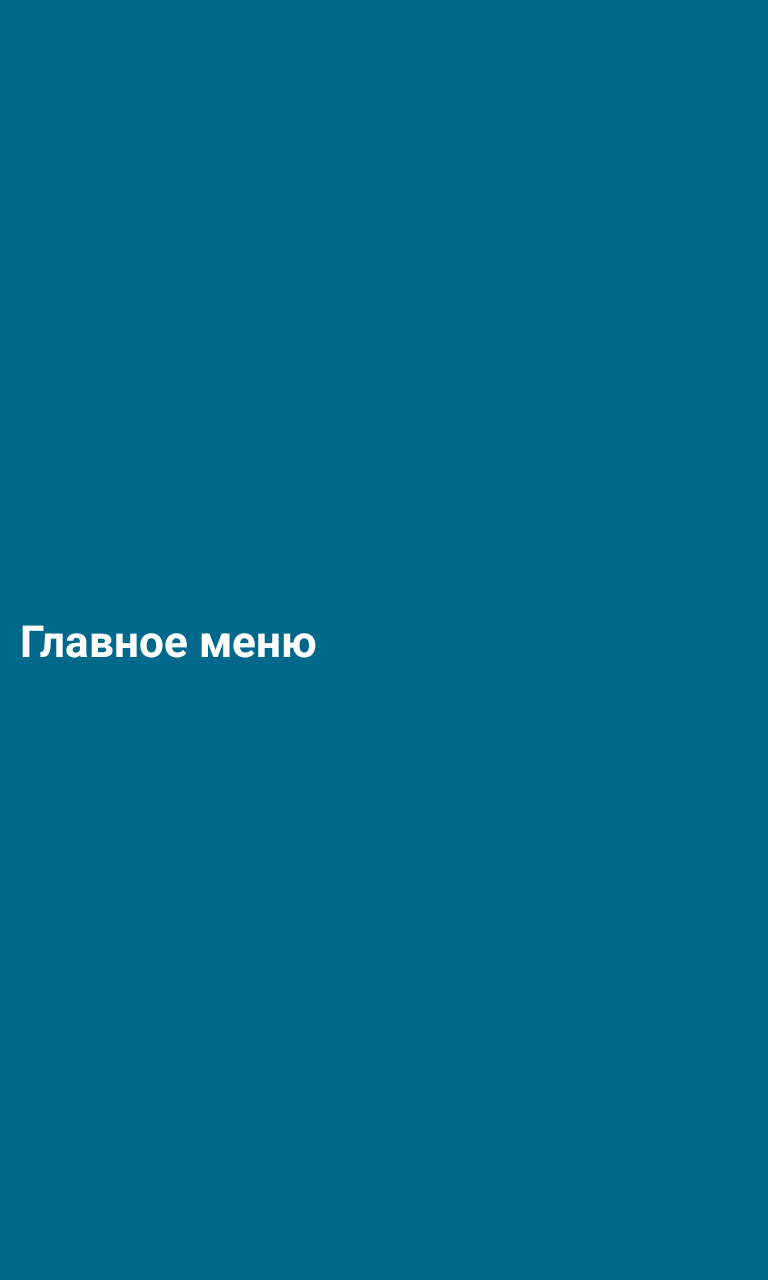
Repository: complexityclass/GosClient
Layout: Client/res/layout/list_header_row_main.xml
These files come from the project's save history. The layout is drawn as it stood at one moment and after a run of saves; the edit follows.
It is drawn on a 768 x 1280 px phone screen (xhdpi) without system bars, with theme android:Theme.Light.NoTitleBar.Fullscreen; the app's code is not run.

Above is the layout before, as saved 2013-03-22 10:58:13.

### Client/res/layout/list_header_row_main.xml
<?xml version="1.0" encoding="utf-8"?>
<LinearLayout xmlns:android="http://schemas.android.com/apk/res/android"
    android:layout_width="fill_parent"
    android:layout_height="fill_parent">


    <TextView
        android:id="@+id/txtHeader"
        android:layout_width="fill_parent"
        android:layout_height="fill_parent"
        android:layout_alignParentBottom="true"
        android:layout_alignParentTop="true"
        android:background="#00688B"
        android:gravity="center_vertical"
        android:padding="10dp"
        android:text="Главное меню"
        android:textColor="#FFFFFF"
        android:textSize="22dp"
        android:textStyle="bold" />

</LinearLayout>

After the next 2 saves:
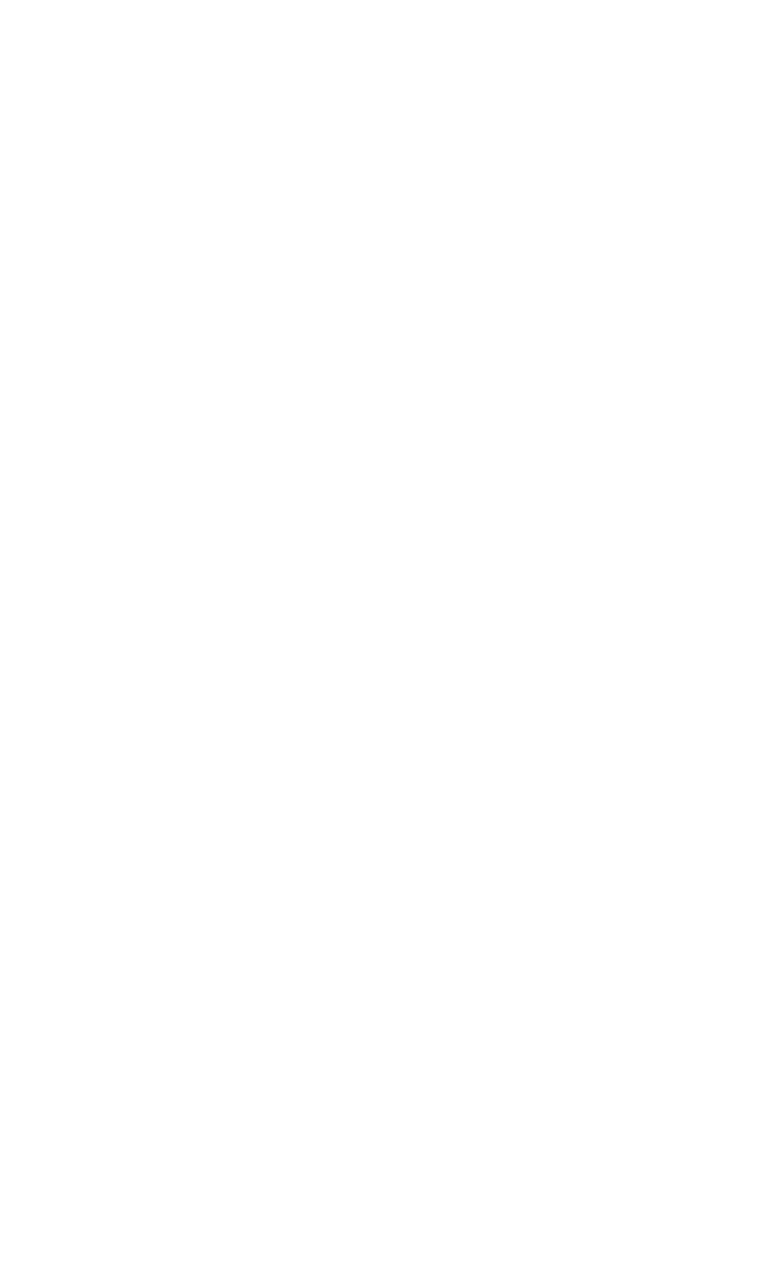
The 2 saves are shown as one change because they came seconds apart.
The last was saved 16 s later.
--- a/Client/res/layout/list_header_row_main.xml
+++ b/Client/res/layout/list_header_row_main.xml
@@ -1,7 +1,8 @@
 <?xml version="1.0" encoding="utf-8"?>
 <LinearLayout xmlns:android="http://schemas.android.com/apk/res/android"
     android:layout_width="fill_parent"
-    android:layout_height="fill_parent">
+    android:layout_height="fill_parent"
+    />
 
 
     <TextView

After the save that followed:
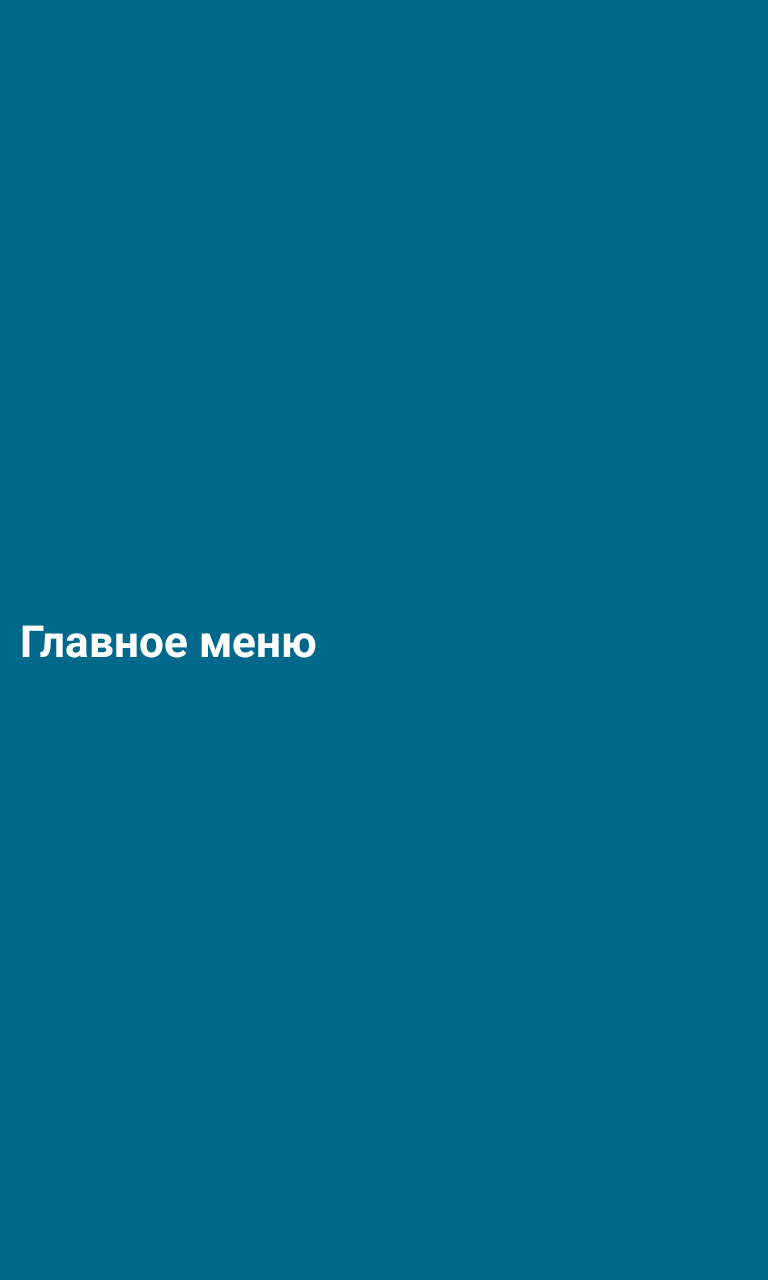
Saved 5 s later.
--- a/Client/res/layout/list_header_row_main.xml
+++ b/Client/res/layout/list_header_row_main.xml
@@ -1,8 +1,7 @@
 <?xml version="1.0" encoding="utf-8"?>
 <LinearLayout xmlns:android="http://schemas.android.com/apk/res/android"
     android:layout_width="fill_parent"
-    android:layout_height="fill_parent"
-    />
+    android:layout_height="fill_parent">
 
 
     <TextView
